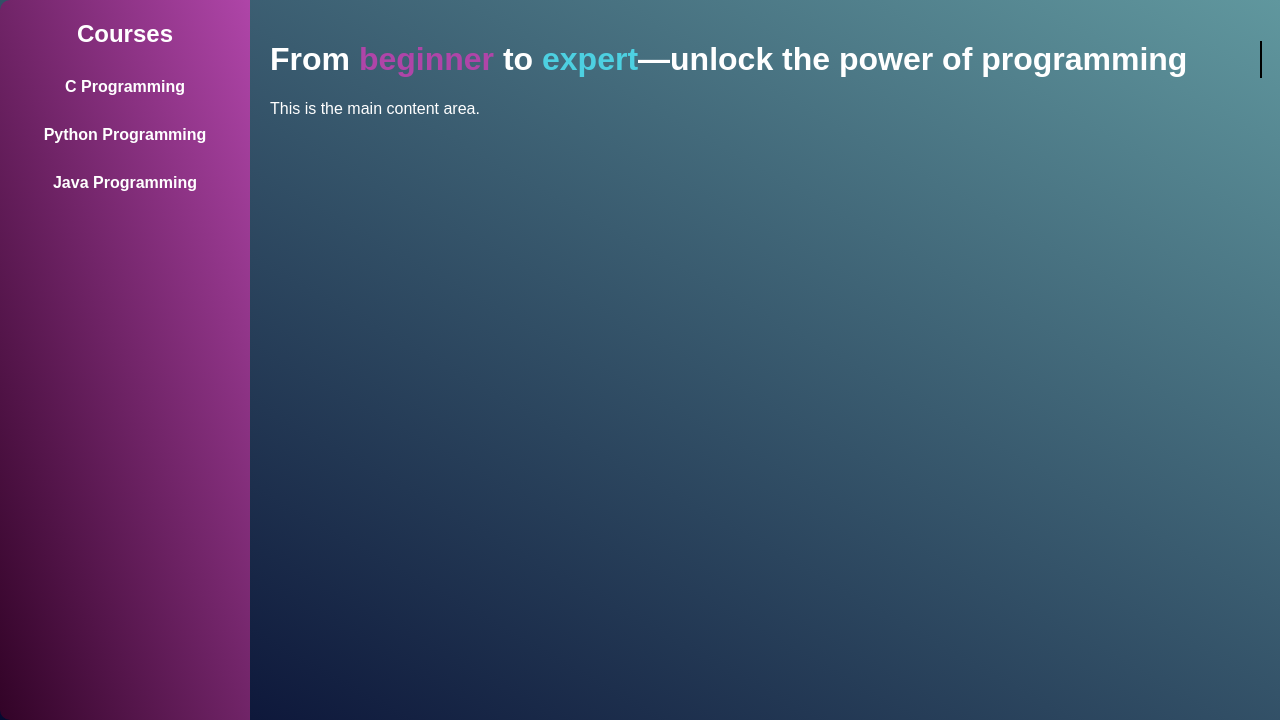
Repository: RishitSharma88/SeaGro
Page: templates/learningcourses.html
An editor plug-in stored every save of this project. The page is shown before and after the next save, followed by the edit.
The browser window is 1280 px wide. The pictures show the whole page.
The template is drawn by Flask 3. The application's start-up code is not run. Other server files are loaded and not shown. The template is opened directly, without the code that normally fills it, so the values that code supplies are empty.

Above is the page before, as saved 2024-12-28 14:10:57.

### templates/learningcourses.html
<!DOCTYPE html>
<html lang="en">
<head>
    <meta charset="UTF-8">
    <meta name="viewport" content="width=device-width, initial-scale=1.0">
    <title>Learning Courses</title>
    <style>
        body {
            margin: 0;
            padding: 0;
            font-family: 'Arial', sans-serif;
            background: linear-gradient(to bottom left, #60979e, #050a30);
            color: #FFFFFF;
            display: flex;
            height: 100vh;
            overflow: hidden;
        }

        .sidebar {
            background: linear-gradient(to bottom left, #af45a8, #320327);
            color: #ffff;
            width: 250px;
            height: 100%;
            border-radius: 10px 0 0 10px;
            overflow: auto;
            display: flex;
            flex-direction: column;
            align-items: center;
            position: fixed;
            left: 0;
            top: 0;
            transition: transform 0.3s ease;
        }
        .h {
            font-size: 24px;
            font-weight: bold;
            text-align: center;
            margin: 20px 0;
        }
        .side-links {
            display: flex;
            flex-direction: column;
            gap: 10px;
            width: 100%;
            padding: 0 10px;
        }

        .side-links a {
            text-decoration: none;
            color: #fff;
            font-size: 1rem;
            font-weight: bold;
            padding: 10px;
            border-radius: 5px;
            text-align: center;
            transition: background-color 0.3s ease;
        }

        .side-links a:hover {
            background-color: rgba(255, 255, 255, 0.2);
        }
        .main-content {
            margin-left: 250px;
            flex: 1;
            padding: 20px;
            transition: margin-left 0.3s ease;
        }
        .typing {
            width: 0;
            overflow: hidden;
            white-space: nowrap;
            border-right: 2px solid black;
            animation: typing 2s steps(20) forwards, blink 1s step-end infinite;
        }
        @keyframes typing {
            from {
                width: 0;
            }
            to {
                width: 100%;
            }
        }

        @keyframes blink {
            50% {
                border-color: transparent;
            }
        }
        .highlight{color: #af45a8; }  /* Purple */
        .expert { color: #4dd0e1; }     /* Cyan */

        /*.sidebar.collapsed {
            transform: translateX(-250px);
        }





        .toggle-btn {
            position: fixed;
            top: 50%;
            left: 250px;
            transform: translateY(-50%);
            background: #de7a50;
            color: #fff;
            border: none;
            border-radius: 5px;
            font-size: 20px;
            cursor: pointer;
            transition: left 0.3s ease;
        }

        .toggle-btn.collapsed {
            left: 0;
        }



        .sidebar.collapsed + .main-content {
            margin-left: 0;
        }*/
    </style>
</head>
<body>
    <div class="sidebar">
        <h1 class="h">Courses</h1>
        <div class="side-links">
            <a href="coursetemp.html">C Programming</a>
            <a href="coursetemp.html">Python Programming</a>
            <a href="coursetemp.html">Java Programming</a>
        </div>
    </div>
    <!-- <button class="toggle-btn">&#9664;</button> -->

    <div class="main-content">
        <h1 class="typing">
            From <span class="highlight">beginner</span> to <span class="expert">expert</span>—unlock the power of programming
        </h1>
        <p>This is the main content area.</p>
    </div>

    <!-- <script>
        const sidebar = document.querySelector('.sidebar');
        const toggleBtn = document.querySelector('.toggle-btn');

        toggleBtn.addEventListener('click', () => {
            sidebar.classList.toggle('collapsed');
            toggleBtn.classList.toggle('collapsed');


            toggleBtn.innerHTML = sidebar.classList.contains('collapsed') ? '&#9654;' : '&#9664;';
        });
    </script> -->
</body>
</html>

After the next save:
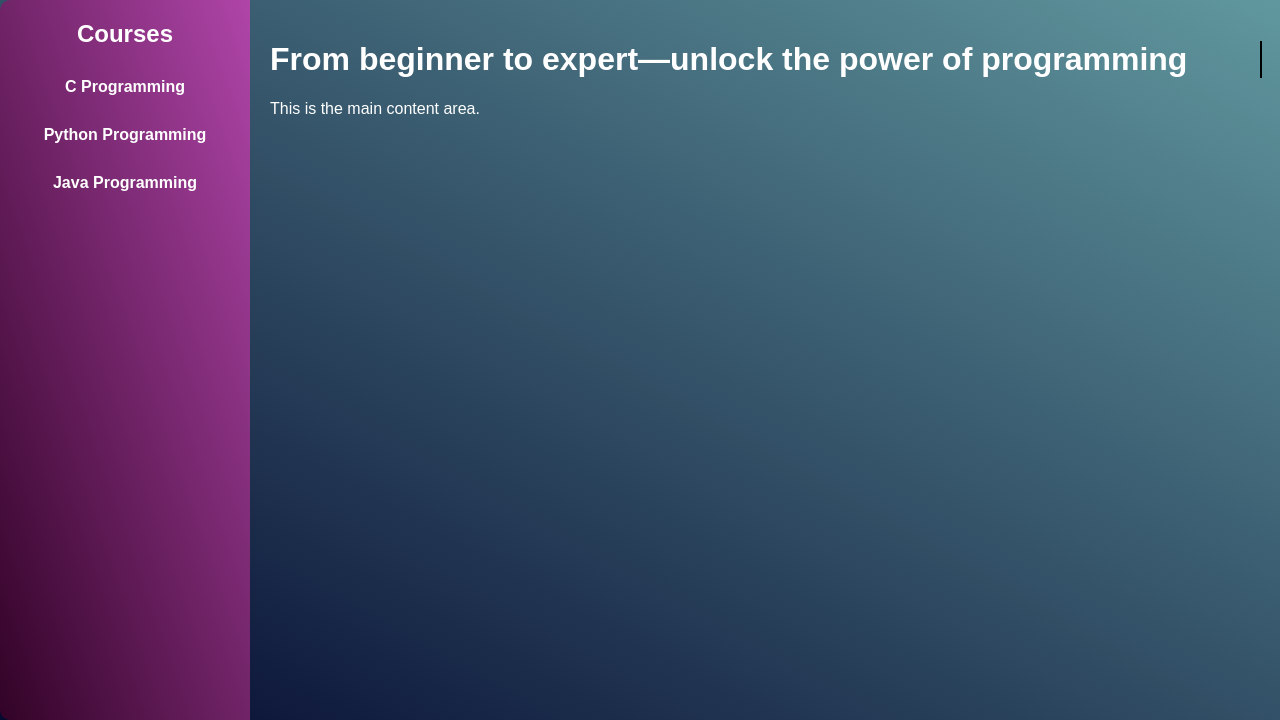
Saved 6 min 54 s later.
--- a/templates/learningcourses.html
+++ b/templates/learningcourses.html
@@ -86,8 +86,8 @@
                 border-color: transparent;
             }
         }
-        .highlight{color: #af45a8; }  /* Purple */
-        .expert { color: #4dd0e1; }     /* Cyan */
+        .highlight{color: linear-gradient(to bottom left, #af45a8, #c77dff); }  /* Purple */
+        .expert{color: linear-gradient(to bottom left, #4dd0e1, #76e4ff); }     /* Cyan */
 
         /*.sidebar.collapsed {
             transform: translateX(-250px);
